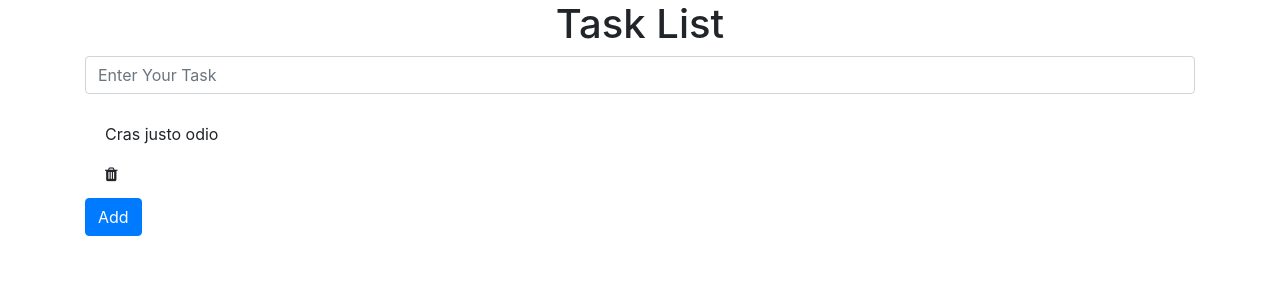
Repository: hoangphuong965/todolist
Page: index.html
An editor plug-in stored every save of this project. The page is shown before and after the next save, followed by the edit.
The browser window is 1280 px wide. The pictures show the whole page.

Above is the page before, as saved 2020-09-04 14:14:03.

### index.html
<!DOCTYPE html>
<html lang="en">

<head>
     <meta charset="UTF-8">
     <meta name="viewport" content="width=device-width, initial-scale=1.0">
     <title>Document</title>
     <link rel="stylesheet" href="https://stackpath.bootstrapcdn.com/bootstrap/4.3.1/css/bootstrap.min.css"
          integrity="sha384-ggOyR0iXCbMQv3Xipma34MD+dH/1fQ784/j6cY/iJTQUOhcWr7x9JvoRxT2MZw1T" crossorigin="anonymous">
     <link rel="stylesheet" href="https://maxcdn.bootstrapcdn.com/font-awesome/4.7.0/css/font-awesome.min.css">
     <link rel="stylesheet" href="style.css">
</head>

<body>
     <div class="container">
          <h1 class="text-center">Task List</h1>
          <form class="form">
               <div class="form-group ">
                    <input type="text" class="form-control" style="outline-color: black;" placeholder="Enter Your Task">
               </div>
               <div class="list">
                    <ol class="list-group list-group-flush">
                         <li class="list-group-item tst">
                              <p>Cras justo odio</p>
                              <i class="fa fa-trash" aria-hidden="true"></i>
                         </li>
                    </ol>
               </div>
               <button type="submit" class="btn btn-primary">Add</button>
          </form>
     </div>
     <script src="app.js"></script>
</body>

</html>

### style.css
.tst{
     display: block;
     justify-content: flex-start;
}

### app.js
const input = document.querySelector("input");
let html = document.querySelector(".list");

const form = document.querySelector(".form");
form.addEventListener("submit", (e) => {
  e.preventDefault();
  add();
});


const add = () => {
  let ul = `
          <ol class="list-group list-group-flush">
               <li class="list-group-item">${input.value}</li>

          </ol>
     `;
  input.value = "";
  html.innerHTML += ul;
};

After the next save:
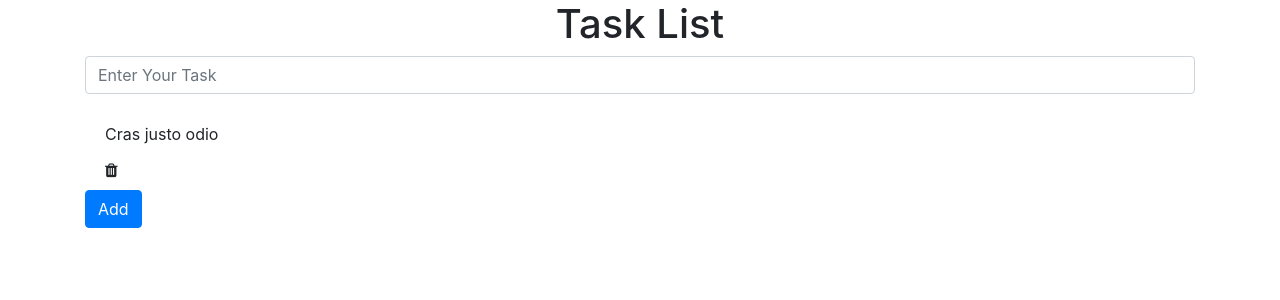
Saved 6 s later.
--- a/style.css
+++ b/style.css
@@ -1,4 +1,4 @@
 .tst{
-     display: block;
+     display: grid;
      justify-content: flex-start;
 }
